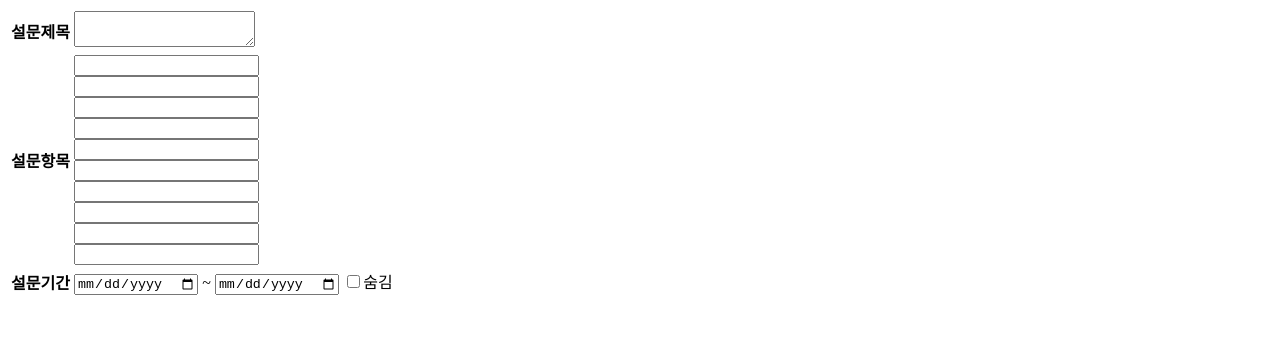
Repository: kgh2037/study
Page: http://localhost/project_servlet1/poll/pollWrite.jsp
The author's editor kept a copy of each file at every save. The page is drawn from the files as they stood at one save, then again after the next save.
The browser window is 1280 px wide. The pictures show the whole page.
The page is served by Tomcat 9. Other server files are loaded and not shown.

Above is the page before, as saved 2023-07-07 01:09:11.

### project_servlet1/src/main/webapp/poll/pollWrite.jsp
<%@ page language="java" contentType="text/html; charset=UTF-8"
    pageEncoding="UTF-8"%>
<!DOCTYPE html>
<html>
<head>
<meta charset="UTF-8">
<title>설문 등록</title>
</head>
<body>
	<table>
		<tr>
			<th>설문제목</th>
			<td><textarea name="title"></textarea></td>
		</tr>
		<tr>
			<th>설문항목</th>
			<td>
				<%
					for(int i=1; i<=10; i++) {
				%>
						<input type="text" name="item"><br>
				<%
					}
				%>

			</td>
		</tr>
		<tr>
			<th>설문기간</th>
			<td>
				<input type="date" name="sdate"> ~
				<input type="date" name="edate">
				<input type="checkbox" name="use" value="N">숨김
			</td>
		</tr>

	</table>
</body>
</html>

After the next save:
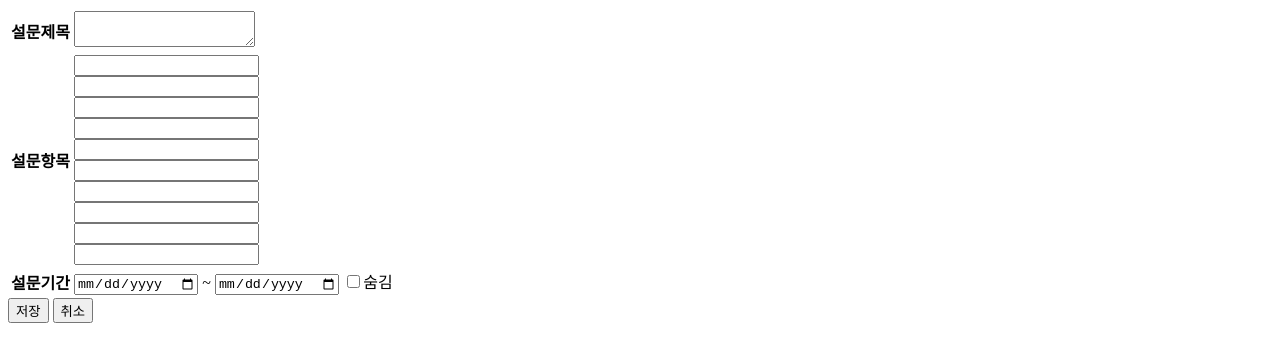
Saved 48 s later.
--- a/project_servlet1/src/main/webapp/poll/pollWrite.jsp
+++ b/project_servlet1/src/main/webapp/poll/pollWrite.jsp
@@ -35,5 +35,10 @@
 		</tr>
 
 	</table>
+
+	<div>
+		<button type="button">저장</button>
+		<button type="reset">취소</button>
+	</div>
 </body>
 </html>
